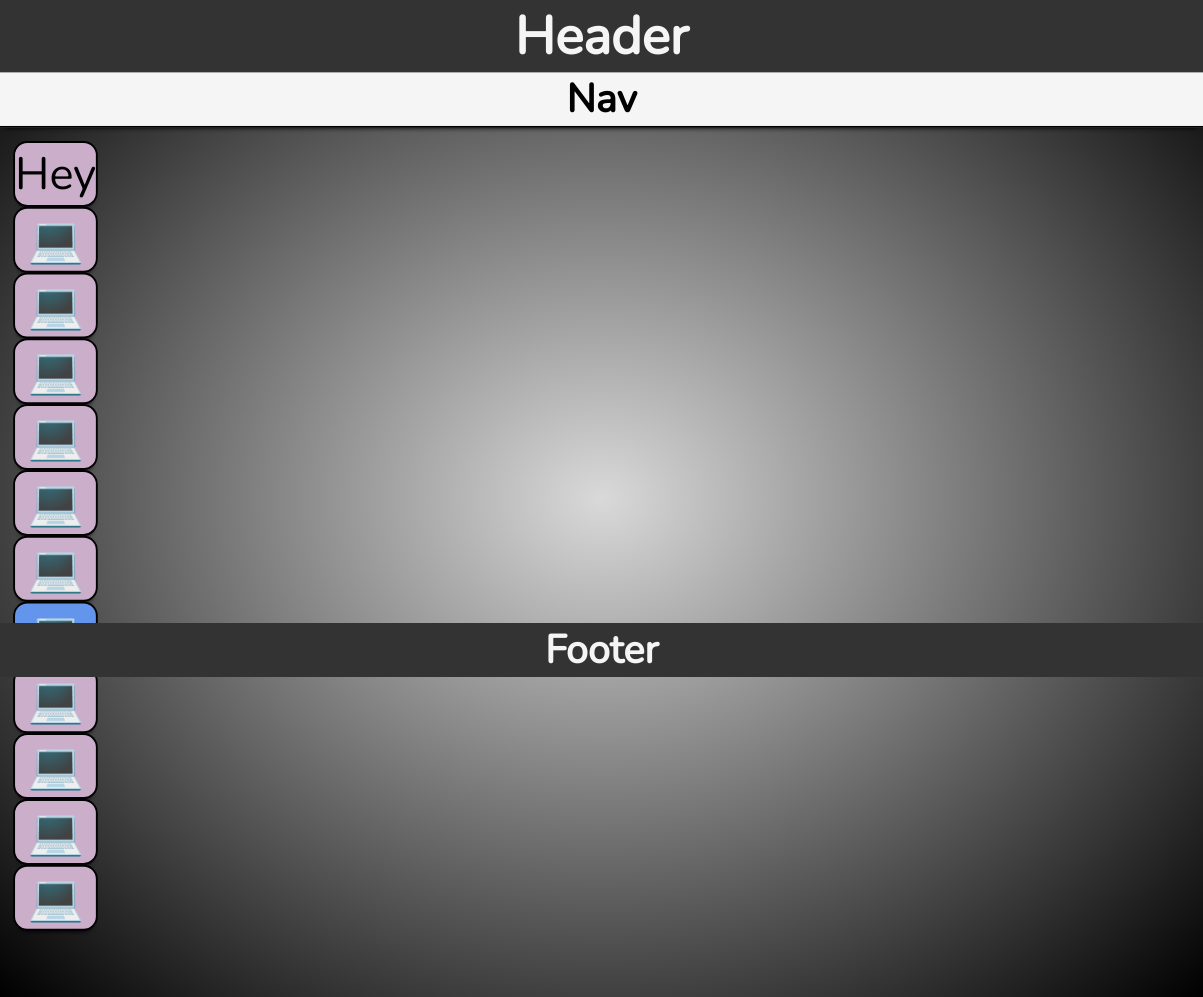
Repository: JavaProgrammerFromEastEurope/project-css-full-tutorial
Page: 21_lesson/index.html
An editor plug-in stored every save of this project. The page is shown before and after a run of saves, followed by the edit.
The browser window is 1280 px wide. The pictures show the whole page, at 94% of full size.

Above is the page before, as saved 2023-04-07 14:54:23.

### 21_lesson/index.html
<!DOCTYPE html>
<html lang="en">
  <head>
    <meta charset="UTF-8" />
    <meta http-equiv="X-UA-Compatible" content="IE=edge" />
    <meta name="viewport" content="width=device-width, initial-scale=1.0" />
    <title>CSS Functions</title>
    <link rel="stylesheet" href="css/style.css" />
  </head>

  <body>
    <header>
      <h1>Header</h1>
      <nav>
        <h2>Nav</h2>
      </nav>
    </header>

    <main>
      <!-- <section>
            <h2>My Heading</h2>
            <p class="content">Lorem ipsum dolor sit amet consectetur adipisicing elit. Modi quo aperiam porro, odio
                mollitia suscipit eius
                similique corrupti! Facere nihil cum recusandae officia autem tenetur suscipit exercitationem atque
                tempora
                molestiae.
            </p>
            <br>
            <a href="https://www.google.com/">Google</a>
        </section>
        <aside>
            <h2>Aside</h2>
            <p class="content">
                <span class="tooltip" data-tooltip="This is Latin">Lorem</span> ipsum dolor sit amet consectetur
                adipisicing elit. Modi quo aperiam porro, odio
                mollitia suscipit eius
                similique corrupti! Facere nihil cum recusandae officia autem tenetur suscipit exercitationem atque
                tempora
                molestiae.
            </p>
        </aside> -->
      <div class="square">
        <p>Hey</p>
      </div>
      <div class="square">💻</div>
      <div class="square">💻</div>
      <div class="square">💻</div>
      <div class="square">💻</div>
      <div class="square">💻</div>
      <div class="square">💻</div>
      <div class="square square--highlight">💻</div>
      <div class="square">💻</div>
      <div class="square">💻</div>
      <div class="square">💻</div>
      <div class="square">💻</div>
    </main>

    <footer>
      <h2>Footer</h2>
    </footer>
  </body>
</html>

### 21_lesson/css/style.css
@import url('https://fonts.googleapis.com/css2?family=Nunito&display=swap');

/* || RESET */
* {
  margin: 0;
  padding: 0;
  box-sizing: border-box;
}

/* || VARIABLES */
:root {
  /* FONT */
  --FF: 'Nunito', sans-serif;
  --FS: clamp(1.75rem, 3vh, 2.25rem);
	--FS-SM: clamp(1.25rem, 2vh, 1.5rem);
  --FS-XL: 3rem;

  /* COLOR */
  --BGCOLOR: #475569;
  --ALT-BGCOLOR: #1E293B;
  --RADIAL-COLOR: whitesmoke;
  --LIGHT-COLOR: whitesmoke;
  --DARK-COLOR: #000;

  /* SQUARE */
  --SQUARE-BGCOLOR: papayawhip;
  --SQUARE-SIZE: max(150px, 20vw);

  /* GENERAL */
  --PADDING: 0.5em;
  --SHADOWS: 0 6px 5px -5px var(--DARK-COLOR);
  --BORDERS: 2px solid var(--DARK-COLOR);
}

@media (prefers-color-scheme: light) {
  :root {
    --BGCOLOR: #000;
    --ALT-BGCOLOR: #333;
    --RADIAL-COLOR: rgb(217, 217, 217);
    --SQUARE-BGCOLOR: rgb(202, 174, 202);
  }
}

/* || GENERAL STYLES */
body {
  font: var(--FS) var(--FF);
  min-height: 100vh;

  background-color: var(--BGCOLOR);
  background-image: radial-gradient(var(--RADIAL-COLOR), var(--BGCOLOR));
  display: flex;
  flex-direction: column;
}

header,
nav,
footer {
  display: grid;
  place-content: center;
  grid-template-columns: 100%;
  text-align: center;
}

header,
footer {
  position: sticky;
  background-color: var(--ALT-BGCOLOR);
  color: var(--LIGHT-COLOR);
}

header {
  top: 0;
}

nav {
  background-color: var(--LIGHT-COLOR);
  color: var(--DARK-COLOR);
  border-bottom: var(--BORDERS);
  box-shadow: var(--SHADOWS);
}

main {
  flex-grow: 1;
  padding: var(--PADDING);
  display: grid;
  grid-template-columns: repeat(4, minmax(100px, 300px))
  gap: min(2vw, 20px);
	/* display: flex;
  flex-flow: column nowrap;
  justify-content: flex-start; */
}

main section {
	flex-grow: 1;
	padding: var(--PADDING);
}

main aside {
	background-color: hsla(0, 0%, 20%, 0.8);
	color: var(--LIGHT-COLOR);
	font-size: var(--FS-SM);
	font-style: italic;
	padding: var(--PADDING);
}

.content {
	margin-top: 20px;
}

.tooltip {
	border-bottom: 1px dashed orange;
	position: relative;
}

.tooltip:hover::before {
	content: attr(data-tooltip);
	positioin: absolute;
	top: -20px;
	white-space: nowrap;
	background-color: var(--DARK-COLOR);
	padding: var(--PADDING);
	border-radius: 15px;
}

footer {
  bottom: 0;
}

a:any-link {
	color: firebrick;
}

a:hover,
a:focus {
	filter: brightness(150%);
}

/* || FEATURES */

.square--highlight {
  --SQUARE-BGCOLOR: cornflowerblue;
}

.square {
  background-color: var(--SQUARE-BGCOLOR);
  border: var(--BORDERS);
  border-radius: 15px;
  display: grid;
  place-content: center;
  font-size: var(--FS-XL);
  box-shadow: var(--SHADOWS);
}

@media screen and (min-width: 576px) {
	main {
		flex-flow: row nowrap;
		justify-content: space-between;
	}

	main section {
		width: calc(70% -5px);
	}

	main aside {
		width: calc(30% - 5%);
	}
}

After the next 2 saves:
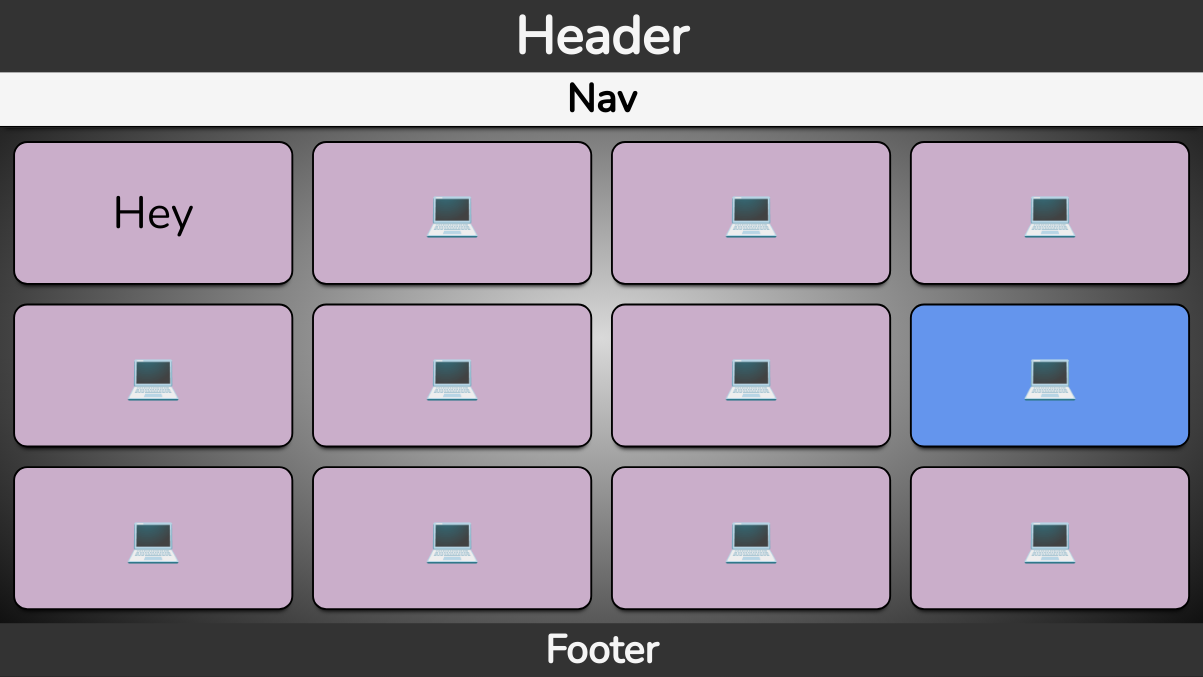
The 2 saves are shown as one change because they came seconds apart.
The last was saved 21 s later.
--- a/21_lesson/css/style.css
+++ b/21_lesson/css/style.css
@@ -12,12 +12,12 @@
   /* FONT */
   --FF: 'Nunito', sans-serif;
   --FS: clamp(1.75rem, 3vh, 2.25rem);
-	--FS-SM: clamp(1.25rem, 2vh, 1.5rem);
+  --FS-SM: clamp(1.25rem, 2vh, 1.5rem);
   --FS-XL: 3rem;
 
   /* COLOR */
   --BGCOLOR: #475569;
-  --ALT-BGCOLOR: #1E293B;
+  --ALT-BGCOLOR: #1e293b;
   --RADIAL-COLOR: whitesmoke;
   --LIGHT-COLOR: whitesmoke;
   --DARK-COLOR: #000;
@@ -83,43 +83,43 @@ main {
   flex-grow: 1;
   padding: var(--PADDING);
   display: grid;
-  grid-template-columns: repeat(4, minmax(100px, 300px))
+  grid-template-columns: repeat(4, minmax(100px, 300px));
   gap: min(2vw, 20px);
-	/* display: flex;
+  /* display: flex;
   flex-flow: column nowrap;
   justify-content: flex-start; */
 }
 
 main section {
-	flex-grow: 1;
-	padding: var(--PADDING);
+  flex-grow: 1;
+  padding: var(--PADDING);
 }
 
 main aside {
-	background-color: hsla(0, 0%, 20%, 0.8);
-	color: var(--LIGHT-COLOR);
-	font-size: var(--FS-SM);
-	font-style: italic;
-	padding: var(--PADDING);
+  background-color: hsla(0, 0%, 20%, 0.8);
+  color: var(--LIGHT-COLOR);
+  font-size: var(--FS-SM);
+  font-style: italic;
+  padding: var(--PADDING);
 }
 
 .content {
-	margin-top: 20px;
+  margin-top: 20px;
 }
 
 .tooltip {
-	border-bottom: 1px dashed orange;
-	position: relative;
+  border-bottom: 1px dashed orange;
+  position: relative;
 }
 
 .tooltip:hover::before {
-	content: attr(data-tooltip);
-	positioin: absolute;
-	top: -20px;
-	white-space: nowrap;
-	background-color: var(--DARK-COLOR);
-	padding: var(--PADDING);
-	border-radius: 15px;
+  content: attr(data-tooltip);
+  positioin: absolute;
+  top: -20px;
+  white-space: nowrap;
+  background-color: var(--DARK-COLOR);
+  padding: var(--PADDING);
+  border-radius: 15px;
 }
 
 footer {
@@ -127,12 +127,12 @@ footer {
 }
 
 a:any-link {
-	color: firebrick;
+  color: firebrick;
 }
 
 a:hover,
 a:focus {
-	filter: brightness(150%);
+  filter: brightness(150%);
 }
 
 /* || FEATURES */
@@ -152,16 +152,16 @@ a:focus {
 }
 
 @media screen and (min-width: 576px) {
-	main {
-		flex-flow: row nowrap;
-		justify-content: space-between;
-	}
+  main {
+    flex-flow: row nowrap;
+    justify-content: space-between;
+  }
 
-	main section {
-		width: calc(70% -5px);
-	}
+  main section {
+    width: calc(70% -5px);
+  }
 
-	main aside {
-		width: calc(30% - 5%);
-	}
+  main aside {
+    width: calc(30% - 5%);
+  }
 }
